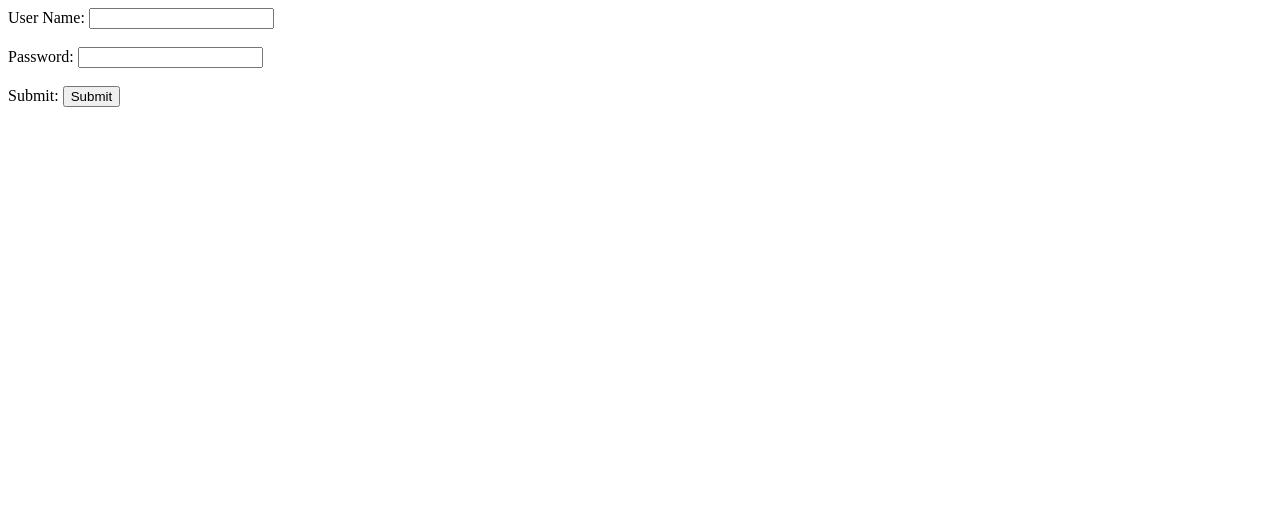
Repository: codeharshita/Code2.0
Page: Form Submission Basic Flow/src/main/webapp/UserForm.html
These files come from the project's save history. The page is drawn as it stood at one moment and after the next save; the edit follows.
The browser window is 1280 px wide. The pictures show the whole page.

Above is the page before, as saved 2024-01-06 15:11:07.

### Form Submission Basic Flow/src/main/webapp/UserForm.html
<!DOCTYPE html>
<html>
<head>
<meta charset="UTF-8">
<title>User Form</title>
</head>
<body>
	<form>
		<label for="userName">User Name:</label>
		<input type="text" id="userName" name="userName"><br><br>
		<label for="pswd">Password: </label>
		<input type="password" id="pswd" name="pswd"><br><br>
		<label for="btn">Submit: </label>
		<input type="submit" id="btn" name="btn">
	</form>

</body>
</html>

After the next save:
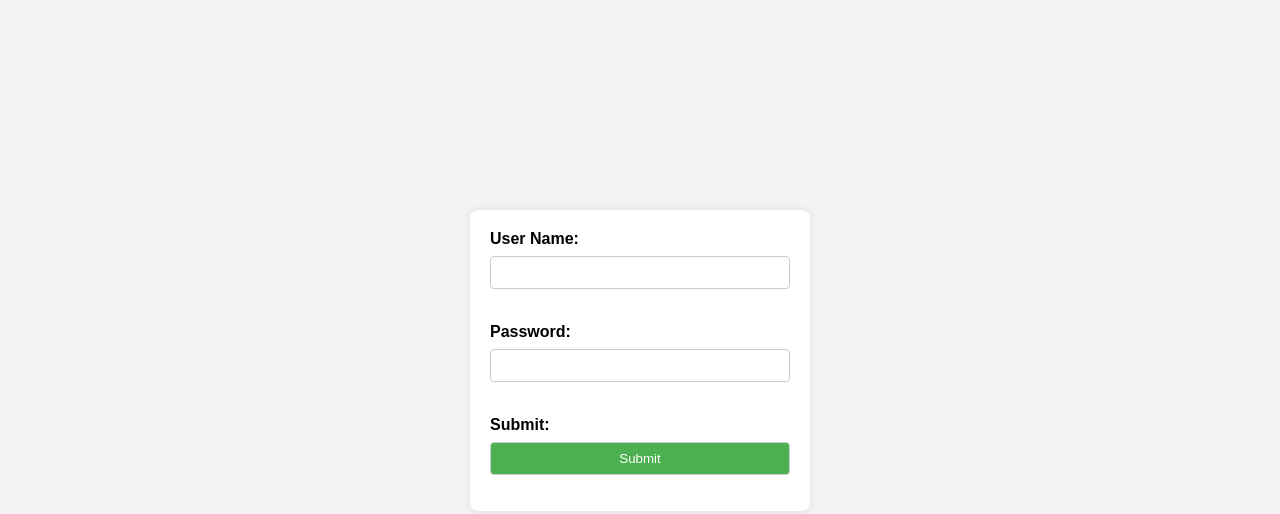
Saved 33 min 13 s later.
--- a/Form Submission Basic Flow/src/main/webapp/UserForm.html
+++ b/Form Submission Basic Flow/src/main/webapp/UserForm.html
@@ -3,6 +3,51 @@
 <head>
 <meta charset="UTF-8">
 <title>User Form</title>
+<style>
+        body {
+            font-family: Arial, sans-serif;
+            background-color: #f4f4f4;
+            margin: 0;
+            padding: 0;
+            display: flex;
+            justify-content: center;
+            align-items: center;
+            height: 100vh;
+        }
+
+        form {
+            background-color: #fff;
+            padding: 20px;
+            border-radius: 8px;
+            box-shadow: 0 0 10px rgba(0, 0, 0, 0.1);
+            width: 300px;
+        }
+
+        label {
+            display: block;
+            margin-bottom: 8px;
+            font-weight: bold;
+        }
+
+        input {
+            width: 100%;
+            padding: 8px;
+            margin-bottom: 16px;
+            box-sizing: border-box;
+            border: 1px solid #ccc;
+            border-radius: 4px;
+        }
+
+        input[type="submit"] {
+            background-color: #4caf50;
+            color: #fff;
+            cursor: pointer;
+        }
+
+        input[type="submit"]:hover {
+            background-color: #45a049;
+        }
+    </style>
 </head>
 <body>
 	<form>
